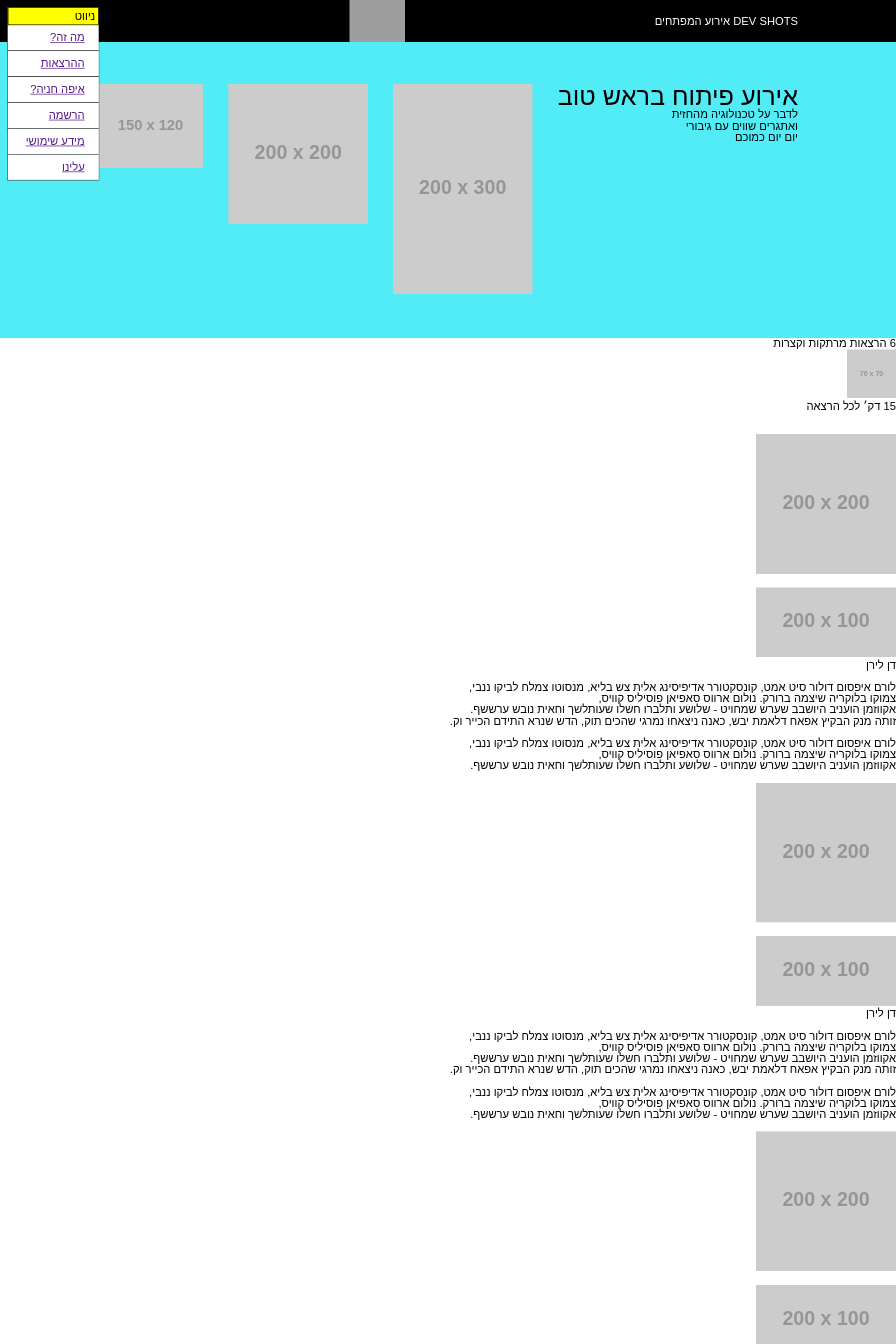
Repository: Julian-Escobar/DevShots
Page: index.html
The author's editor kept a copy of each file at every save. The page is drawn from the files as they stood at one save, then again after the next save.
The browser window is 1280 px wide. The pictures show the part of the page from y = 0 to 1920 px (the page is 5946 px tall), at 70% of full size.
Pictures or frames that could not be fetched are drawn as grey boxes.

Above is the page before, as saved 2018-08-28 20:37:19.

### index.html
<!DOCTYPE HTML>
<html>
  <head>
      <link rel="stylesheet" href="style.css">
        <style>

                body{
                    text-align: right;
                    direction: rtl;
                }
        </style>
  </head>
  <body>
      <!--header-->

      <section class="conteiner1">
            <header class="wrapper">
          <h2 class="title">   DEV SHOTS אירוע המפתחים  </h2>
          <div> <a> <img class="netcraftlogo" src="https://cdn.dribbble.com/users/277968/screenshots/1639449/netcraftdev_1x.png" alt="netcraft logo"> </a> </div>
          <div > <nav class="dropdownnav">
            <ul class="nav_conteiner">
              <li><div class="navtitle"> <b>ניווט</b></li><li><a class="navlink" href=""> מה
                   זה? </a></li><li><a class="navlink" href=""> ההרצאות

                   </a></li><li><a class="navlink" href=""> איפה
                        חניה? </a></li><li><a class="navlink" href=""> הרשמה

                        </a></li><li><a class="navlink" href=""> מידע
                             שימושי </a></li><li><a class="navlink" href=""> עלינו </a></li>
                                  </ul></nav></div>
       </header> </section>

       <!--section 1-->

       <section class="wrapper2" >
             <div class="container2"> <div class="textcontainer">  <h1 class="secondtitle">אירוע פיתוח בראש טוב</h1>
                     <p> לדבר על טכנולוגיה מהחזית <br>ואתגרים שווים עם גיבורי<br> יום יום כמוכם</p>
                    </div>

          <a class="robot 1"href="https://placeholder.com"><img src="https://via.placeholder.com/200x300" alt="robot1 image"></a>
          <a class="robot 2"href="https://placeholder.com"><img src="https://via.placeholder.com/200x200" alt="robot2 image"></a>
          <a class="robot 3"href="https://placeholder.com"><img src="https://via.placeholder.com/150x120" alt="robot3 image"></a>
             </div> </section>



              <!--section 2 lectures-->

        <section class="section2 conteiner">
                    <h3>6 הרצאות מרתקות וקצרות</h3>
                    <div class="lecture time"> <a class="clock icon"href="https://placeholder.com"><img src="https://via.placeholder.com/70x70"alt="clock icon"> </a>
                    <p>15 דק׳ לכל הרצאה</p></div>
                    <br>
                    <br>

                  <article class="lecture container">
                            <a class="prof picture"href="https://placeholder.com"><img src="https://via.placeholder.com/200x200" alt="lecturer photo"></a>
                             <h3 class="card title">חומריות בעולם הגידיטל</h3>
                             <a class="bubble image"href="https://placeholder.com"><img src="https://via.placeholder.com/200x100"alt="bubble image"></a>
                                <p class="prof name">דן לירן</p> </div>
                                <p class=><br>לורם איפסום דולור סיט אמט, קונסקטורר אדיפיסינג אלית צש בליא, מנסוטו צמלח לביקו ננבי,
                                        <br>צמוקו בלוקריה שיצמה ברורק. נולום ארווס סאפיאן פוסיליס קוויס,
                                        <br>אקווזמן הועניב היושבב שערש שמחויט - שלושע ותלברו חשלו שעותלשך וחאית נובש ערששף.
                                        <br> זותה מנק הבקיץ אפאח דלאמת יבש, כאנה ניצאחו נמרגי שהכים תוק, הדש שנרא התידם הכייר וק.</p>
                                    <p><br>לורם איפסום דולור סיט אמט, קונסקטורר אדיפיסינג אלית צש בליא, מנסוטו צמלח לביקו ננבי,
                                        <br> צמוקו בלוקריה שיצמה ברורק. נולום ארווס סאפיאן פוסיליס קוויס,
                                        <br>  אקווזמן הועניב היושבב שערש שמחויט - שלושע ותלברו חשלו שעותלשך וחאית נובש ערששף. </p>

                 </article>
                 <br>
                 <article class="lecture container">
                        <a class="prof picture"href="https://placeholder.com"><img src="https://via.placeholder.com/200x200"alt="lecturer photo"></a>
                         <h3 class="card title">חומריות בעולם הגידיטל</h3>
                         <a class="bubble image"href="https://placeholder.com"><img src="https://via.placeholder.com/200x100"alt="bubble image"></a>
                            <p class="prof name">דן לירן</p> </div>
                            <p class=><br>לורם איפסום דולור סיט אמט, קונסקטורר אדיפיסינג אלית צש בליא, מנסוטו צמלח לביקו ננבי,
                                    <br>צמוקו בלוקריה שיצמה ברורק. נולום ארווס סאפיאן פוסיליס קוויס,
                                    <br>אקווזמן הועניב היושבב שערש שמחויט - שלושע ותלברו חשלו שעותלשך וחאית נובש ערששף.
                                    <br> זותה מנק הבקיץ אפאח דלאמת יבש, כאנה ניצאחו נמרגי שהכים תוק, הדש שנרא התידם הכייר וק.</p>
                                <p><br>לורם איפסום דולור סיט אמט, קונסקטורר אדיפיסינג אלית צש בליא, מנסוטו צמלח לביקו ננבי,
                                    <br> צמוקו בלוקריה שיצמה ברורק. נולום ארווס סאפיאן פוסיליס קוויס,
                                    <br>  אקווזמן הועניב היושבב שערש שמחויט - שלושע ותלברו חשלו שעותלשך וחאית נובש ערששף. </p>

             </article>

             <br>
             <article class="lecture container">
                    <a class="prof picture"href="https://placeholder.com"><img src="https://via.placeholder.com/200x200"alt="lecturer photo"></a>
                    <h3 class="card title">חומריות בעולם הגידיטל</h3>
                     <a class="bubble image"href="https://placeholder.com"><img src="https://via.placeholder.com/200x100"alt="bubble image"></a>
                        <p class="prof name">דן לירן</p> </div>
                        <p class=><br>לורם איפסום דולור סיט אמט, קונסקטורר אדיפיסינג אלית צש בליא, מנסוטו צמלח לביקו ננבי,
                                <br>צמוקו בלוקריה שיצמה ברורק. נולום ארווס סאפיאן פוסיליס קוויס,
                                <br>אקווזמן הועניב היושבב שערש שמחויט - שלושע ותלברו חשלו שעותלשך וחאית נובש ערששף.
                                <br> זותה מנק הבקיץ אפאח דלאמת יבש, כאנה ניצאחו נמרגי שהכים תוק, הדש שנרא התידם הכייר וק.</p>
                            <p><br>לורם איפסום דולור סיט אמט, קונסקטורר אדיפיסינג אלית צש בליא, מנסוטו צמלח לביקו ננבי,
                                <br> צמוקו בלוקריה שיצמה ברורק. נולום ארווס סאפיאן פוסיליס קוויס,
                                <br>  אקווזמן הועניב היושבב שערש שמחויט - שלושע ותלברו חשלו שעותלשך וחאית נובש ערששף. </p>

         </article>
         <br>

         <article class="lecture container">
                <a class="prof picture"href="https://placeholder.com"><img src="https://via.placeholder.com/200x200"alt="lecturer photo"></a>
                <h3 class="card title">חומריות בעולם הגידיטל</h3>
                <a class="bubble image"href="https://placeholder.com"><img src="https://via.placeholder.com/200x100"alt="bubble image"></a>
                    <p class="prof name">דן לירן</p> </div>
                    <p class=><br>לורם איפסום דולור סיט אמט, קונסקטורר אדיפיסינג אלית צש בליא, מנסוטו צמלח לביקו ננבי,
                            <br>צמוקו בלוקריה שיצמה ברורק. נולום ארווס סאפיאן פוסיליס קוויס,
                            <br>אקווזמן הועניב היושבב שערש שמחויט - שלושע ותלברו חשלו שעותלשך וחאית נובש ערששף.
                            <br> זותה מנק הבקיץ אפאח דלאמת יבש, כאנה ניצאחו נמרגי שהכים תוק, הדש שנרא התידם הכייר וק.</p>
                        <p><br>לורם איפסום דולור סיט אמט, קונסקטורר אדיפיסינג אלית צש בליא, מנסוטו צמלח לביקו ננבי,
                            <br> צמוקו בלוקריה שיצמה ברורק. נולום ארווס סאפיאן פוסיליס קוויס,
                            <br>  אקווזמן הועניב היושבב שערש שמחויט - שלושע ותלברו חשלו שעותלשך וחאית נובש ערששף. </p>

     </article>
     <br>

     <article class="lecture container">
            <a class="prof picture"href="https://placeholder.com"><img src="https://via.placeholder.com/200x200"alt="lecturer photo"></a>
             <h3 class="card title">חומריות בעולם הגידיטל</h3>
             <a class="bubble image"href="https://placeholder.com"><img src="https://via.placeholder.com/200x100"alt="bubble image"></a>
                <p class="prof name">דן לירן</p> </div>
                <p class=><br>לורם איפסום דולור סיט אמט, קונסקטורר אדיפיסינג אלית צש בליא, מנסוטו צמלח לביקו ננבי,
                        <br>צמוקו בלוקריה שיצמה ברורק. נולום ארווס סאפיאן פוסיליס קוויס,
                        <br>אקווזמן הועניב היושבב שערש שמחויט - שלושע ותלברו חשלו שעותלשך וחאית נובש ערששף.
                        <br> זותה מנק הבקיץ אפאח דלאמת יבש, כאנה ניצאחו נמרגי שהכים תוק, הדש שנרא התידם הכייר וק.</p>
                    <p><br>לורם איפסום דולור סיט אמט, קונסקטורר אדיפיסינג אלית צש בליא, מנסוטו צמלח לביקו ננבי,
                        <br> צמוקו בלוקריה שיצמה ברורק. נולום ארווס סאפיאן פוסיליס קוויס,
                        <br>  אקווזמן הועניב היושבב שערש שמחויט - שלושע ותלברו חשלו שעותלשך וחאית נובש ערששף. </p>

 </article>

 <br>
 <article class="lecture container">
        <a class="prof picture"href="https://placeholder.com"><img src="https://via.placeholder.com/200x200"alt="lecturer photo"></a>
         <h3 class="card title">חומריות בעולם הגידיטל</h3>
         <a class="bubble image"href="https://placeholder.com"><img src="https://via.placeholder.com/200x100"alt="bubble image"></a>
            <p class="prof name">דן לירן</p> </div>
            <p class=><br>לורם איפסום דולור סיט אמט, קונסקטורר אדיפיסינג אלית צש בליא, מנסוטו צמלח לביקו ננבי,
                    <br>צמוקו בלוקריה שיצמה ברורק. נולום ארווס סאפיאן פוסיליס קוויס,
                    <br>אקווזמן הועניב היושבב שערש שמחויט - שלושע ותלברו חשלו שעותלשך וחאית נובש ערששף.
                    <br> זותה מנק הבקיץ אפאח דלאמת יבש, כאנה ניצאחו נמרגי שהכים תוק, הדש שנרא התידם הכייר וק.</p>
                <p><br>לורם איפסום דולור סיט אמט, קונסקטורר אדיפיסינג אלית צש בליא, מנסוטו צמלח לביקו ננבי,
                    <br> צמוקו בלוקריה שיצמה ברורק. נולום ארווס סאפיאן פוסיליס קוויס,
                    <br>  אקווזמן הועניב היושבב שערש שמחויט - שלושע ותלברו חשלו שעותלשך וחאית נובש ערששף. </p>
</article>
<div> <a class="robot4"> <img src="https://via.placeholder.com/70x70"alt="robot4 image"> </a></div>
</section>


<!--section 3 directions-->

<section>
    <article>
    <h4> אז איפה שמים את האוטו?</h4>
    <p>ועוד כמה פרטים חשובים...</p>
    <p> הערב יערך במועדון הסבל</p>
    <address> דרך שלומו 53, תל אביב</address>
 <div class="buses container">
       <hr class=line1>
       <p>מתכנסים בשעה</p>
       <p><big> 18:30 </big></p>
       <hr class=line1>
       <dl>
            <dt>חניה</dt>
              <hr class=line1>
              <dd>1. חניון אלי פלט</dd>
              <dd>2. רחוב אלפסי</dd>
              <dd>3. רחוב חיים בן אתר</dd>
       </dl>
 </div>

 <div class="buses container">
                <hr class=line1>
                <p>מתחילים בשעה:</p>
                <p><big> 19:00 </big></p>
                <hr class=line1>
                <dl>

                     <dt>אוטובוסים</dt>
                       <hr class=line1>
                       <dd>1. רכבת מרכז - 142,42</dd>
                       <dd>2. תחנה מרכזית - 163, 201, 96</dd>
                </dl>
 </div>
 <div class="map">
        <a class="map"> <img src="https://via.placeholder.com/400x400" alt="map image"> </a></div>
        <a class="lupa"> <img src="https://via.placeholder.com/15x15" alt="lupa icon"> </a></div>
        <a href="url">למפה המלאה</a>
</div> </article> </section>
<br>

<!--section 4 contact-->
<h5> הרשמה </h5>
<p>הכניסה היא בחינם אבל מספר המקומות מצומצם.</p>
<p> הערב יערך במועדון הסבנשמח אם תרשמו רק אם אתם מתכוונים להגיע- כדי שלא נסרב למישהו אחר</p>
<hr class=line3>
<p>כל הפרטים אישיים ישארו חסומים ולא נעביא אותם לאף אחד</p>
<hr class=line3>
<br>
<br>

<form action="" method="post">
    <div>
        <label for="name">שם מלא</label>
        <input type="text" placeholder="פרטי וגם משפחה" id="name" name="user_name">
    </div>
    <div>
        <label for="position">תפקיד</label>
        <input  type="position" placeholder="מה אתם עושים ביום יום" id="position" name="user_position">
    </div>
    <div>
            <label for="organization">ארגון</label>
            <input  type="organization" placeholder="מי משלם לכם משכורת" id="organization" name="user_organization">
        </div>
    <div>
            <label for="phone">מספר טלפון</label>
            <input  type="phone" placeholder="או סלולרי, לנו זה לא איכפת" id="phone" name="user_phone">
        </div>
        <div>
                <label for="friends">יש חברים?</label>
                <input  type="friends" placeholder="יש מלא אבל אני בא לבד" id="friends" name="user_friends">
            </div>
            <button name="button">זהו שלח אותי</button>
    </form>
    <br>

<!--section 5 Useful information-->

<section>
    <h6><big>מידע שימושי</big></h6>

    <article> <div class="card2"> <a class="card2 image"> <img src="https://via.placeholder.com/100x100"alt="card image"></a><h3 class="car2 title">קונסקטורר אדיפיסינג אלית</h3>
        <p class="p card2">לורם איפסום דולור סיט אמט, קונסקטורר אדיפיסינג אלית נולום ארווס סאפיאן - פוסיליס קוויס, אקווזמן קולורס מונפרד אדנדום סילקוף, מרגשי ומרגשח</p>
    </div></article>

    <article> <div class="card2"> <a class="card2 image"> <img src="https://via.placeholder.com/100x100"alt="card image"></a><h3 class="car2 title">קונסקטורר אדיפיסינג אלית</h3>
        <p class="p card2">לורם איפסום דולור סיט אמט, קונסקטורר אדיפיסינג אלית נולום ארווס סאפיאן - פוסיליס קוויס, אקווזמן קולורס מונפרד אדנדום סילקוף, מרגשי ומרגשח</p>
    </div></article>

    <article> <div class="card2"> <a class="card2 image"> <img src="https://via.placeholder.com/100x100"alt="card image"></a><h3 class="car2 title">קונסקטורר אדיפיסינג אלית</h3>
        <p class="p card2">לורם איפסום דולור סיט אמט, קונסקטורר אדיפיסינג אלית נולום ארווס סאפיאן - פוסיליס קוויס, אקווזמן קולורס מונפרד אדנדום סילקוף, מרגשי ומרגשח</p>
    </div></article>

    <article> <div class="card2"> <a class="card2 image"> <img src="https://via.placeholder.com/100x100"alt="card image"></a><h3 class="car2 title">קונסקטורר אדיפיסינג אלית</h3>
        <p class="p card2">לורם איפסום דולור סיט אמט, קונסקטורר אדיפיסינג אלית נולום ארווס סאפיאן - פוסיליס קוויס, אקווזמן קולורס מונפרד אדנדום סילקוף, מרגשי ומרגשח</p>
    </div></article>

    <article> <div class="card2"> <a class="card2 image"> <img src="https://via.placeholder.com/100x100"alt="card image"></a><h3 class="car2 title">קונסקטורר אדיפיסינג אלית</h3>
        <p class="p card2">לורם איפסום דולור סיט אמט, קונסקטורר אדיפיסינג אלית נולום ארווס סאפיאן - פוסיליס קוויס, אקווזמן קולורס מונפרד אדנדום סילקוף, מרגשי ומרגשח</p>
    </div></article>

    <article> <div class="card2"> <a class="card2 image"> <img src="https://via.placeholder.com/100x100"alt="card image"></a><h3 class="car2 title">קונסקטורר אדיפיסינג אלית</h3>
        <p class="p card2">לורם איפסום דולור סיט אמט, קונסקטורר אדיפיסינג אלית נולום ארווס סאפיאן - פוסיליס קוויס, אקווזמן קולורס מונפרד אדנדום סילקוף, מרגשי ומרגשח</p>
    </div></article>

    <a class="bottom robot"> <img src="https://via.placeholder.com/200x100"></a>
</section>

<!--section 6 footer-->
<section>
    <div class="footer div"><H3 class="footer title"> קצת עלינו</H3></div>
            <sec> <div class="footer components"> <a class="netcraft logo"> <img src="https://via.placeholder.com/100x30"alt="net craft logo"></a> </div>
            <div class="footer components"><p><b><big> נטפרפט </big></b>ורם איפסום דולור סיט אמט, קונסקטורר אדיפיסינג אלית נולום ארווס סאפיאן - פוסיליס קוויס, אקווזמן קולורס מונפרד אדנדום סילקוף, מרגשי ומרגשח. עמחליף גולר מונפרר סוברט</p></div>
            <div class="footer components"> <a class="logo"> <img src="https://via.placeholder.com/30x30"></a> <p>לורם איפסום דולור סיט אמט</p> </div>
            <div class="footer components"> <a class="logo"> <img src="https://via.placeholder.com/30x30"></a> <p>לורם איפסום דולור סיט אמט</p> </div>
            <div class="footer components"> <a class="logo"> <img src="https://via.placeholder.com/30x30"></a> <p>לורם איפסום דולור סיט אמט</p> </div>
            <div class="footer components"> <a class="logo"> <img src="https://via.placeholder.com/30x30"></a> <p>לורם איפסום דולור סיט אמט</p> </div>

            <div class="footer detail"> <p> איפסום דולור סיט אמט | איפסום דולור סיט אמט | איפסום דולור סיט אמט | some info@here </p> <a class="logo netcraft small"> <img src="https://via.placeholder.com/30x12"alt="netcraft logo"></a>  </div></sec>
</section>

  </body>
</html>

### style.css
/* http://meyerweb.com/eric/tools/css/reset/
   v2.0 | 20110126
   License: none (public domain)
*/

html, body, div, span, applet, object, iframe,
h1, h2, h3, h4, h5, h6, p, blockquote, pre,
a, abbr, acronym, address, big, cite, code,
del, dfn, em, img, ins, kbd, q, s, samp,
small, strike, strong, sub, sup, tt, var,
b, u, i, center,
dl, dt, dd, ol, ul, li,
fieldset, form, label, legend,
table, caption, tbody, tfoot, thead, tr, th, td,
article, aside, canvas, details, embed,
figure, figcaption, footer, header, hgroup,
menu, nav, output, ruby, section, summary,
time, mark, audio, video {
	margin: 0;
	padding: 0;
	border: 0;
	font-size: 100%;
	font: inherit;
	vertical-align: baseline;
}
/* HTML5 display-role reset for older browsers */
article, aside, details, figcaption, figure,
footer, header, hgroup, menu, nav, section {
	display: block;
}
body {
	line-height: 1;
}
ol, ul {
	list-style: none;
}
blockquote, q {
	quotes: none;
}
blockquote:before, blockquote:after,
q:before, q:after {
	content: '';
	content: none;
}
table {
	border-collapse: collapse;
	border-spacing: 0;
}



@font-face {
    font-family: 'Rubik', sans-serif;
    src: url("hhttps://fonts.googleapis.com/css?family=Rubik" );
}

body{
    font-family: 'Rubik', sans-serif;
    margin: 0 auto;

}

/**** header ****/

.conteiner1{
    width: 100%;
    display: flex;
    justify-content: space-between;
    align-content: center;
    height: 60px;
    background-color: black;
    margin: 0;
}


header {
    background-color: black;
    width: 1000px;
    display: flex;
    justify-content: space-between;
    align-content: center;
    margin: 0 auto;
    padding: 0 auto;
}


.title {
    font-weight: 100;
    color: white;
    align-self: center;
}
.netcraftlogo {
    height:60px;
    align-self: center;

    }

    .navtitle {
        background-color: yellow;
        padding: 4px;
        border: 1px solid black
    }


    .dropdownnav {
        border: 1px solid black;
        float: right;
    }

    .nav_conteiner {
        position: fixed;
        top: 0;
        left: 0;
        width: 130px;
        border-left: 1px solid black;
        border-right: 1px solid black;
        margin: 10px;


    }

    .navlink {
        background-color: white;
        border-bottom: 1px solid black;
        align-self: right;
        display: block;
        position: relative;
        padding-top: 10px;
        padding-bottom: 10px;
        padding-left: 20px;
        padding-right: 20px;
   }

   /**** header ****/

   /**** section1r ****/

   .wrapper2 {
    width: 100%;
    display: flex;
    justify-content: space-between;
    align-content: center;
    height: 100%;
    background-color: rgb(82, 236, 247);
    margin: 0%;
    padding-top: 60px;
    padding-bottom: 60px;
}

.container2 {
    width: 1000px;
    display: flex;
    justify-content: space-between;
    align-content: center;
    margin: 0 auto;
    padding: 0 auto;
}

h1{
    font-size: 36px;

}

After the next save:
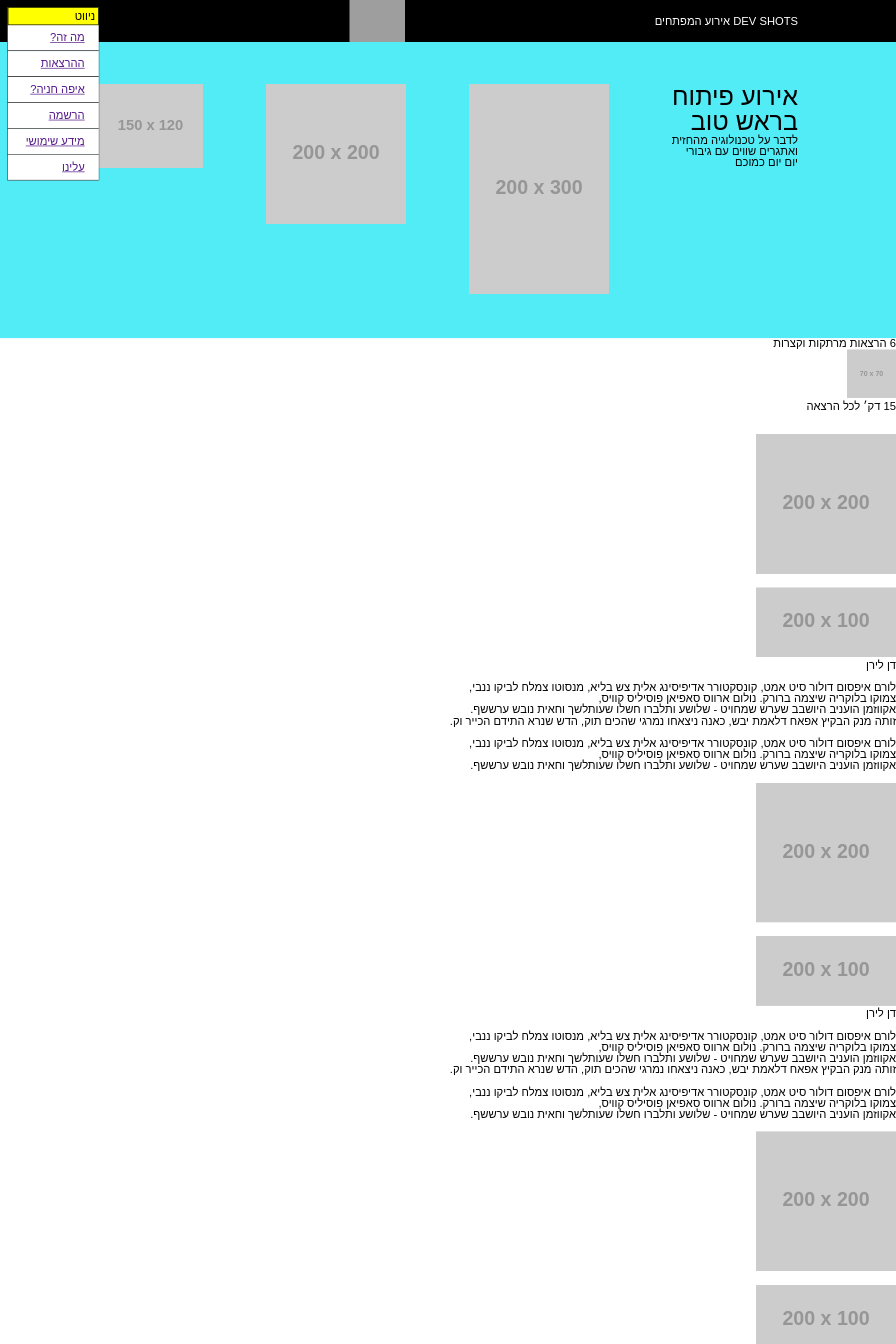
Saved 23 s later.
--- a/index.html
+++ b/index.html
@@ -33,7 +33,7 @@
        <!--section 1-->
 
        <section class="wrapper2" >
-             <div class="container2"> <div class="textcontainer">  <h1 class="secondtitle">אירוע פיתוח בראש טוב</h1>
+             <div class="container2"> <div class="textcontainer">  <h1 class="secondtitle">אירוע פיתוח<br> בראש טוב</h1>
                      <p> לדבר על טכנולוגיה מהחזית <br>ואתגרים שווים עם גיבורי<br> יום יום כמוכם</p>
                     </div>
 
